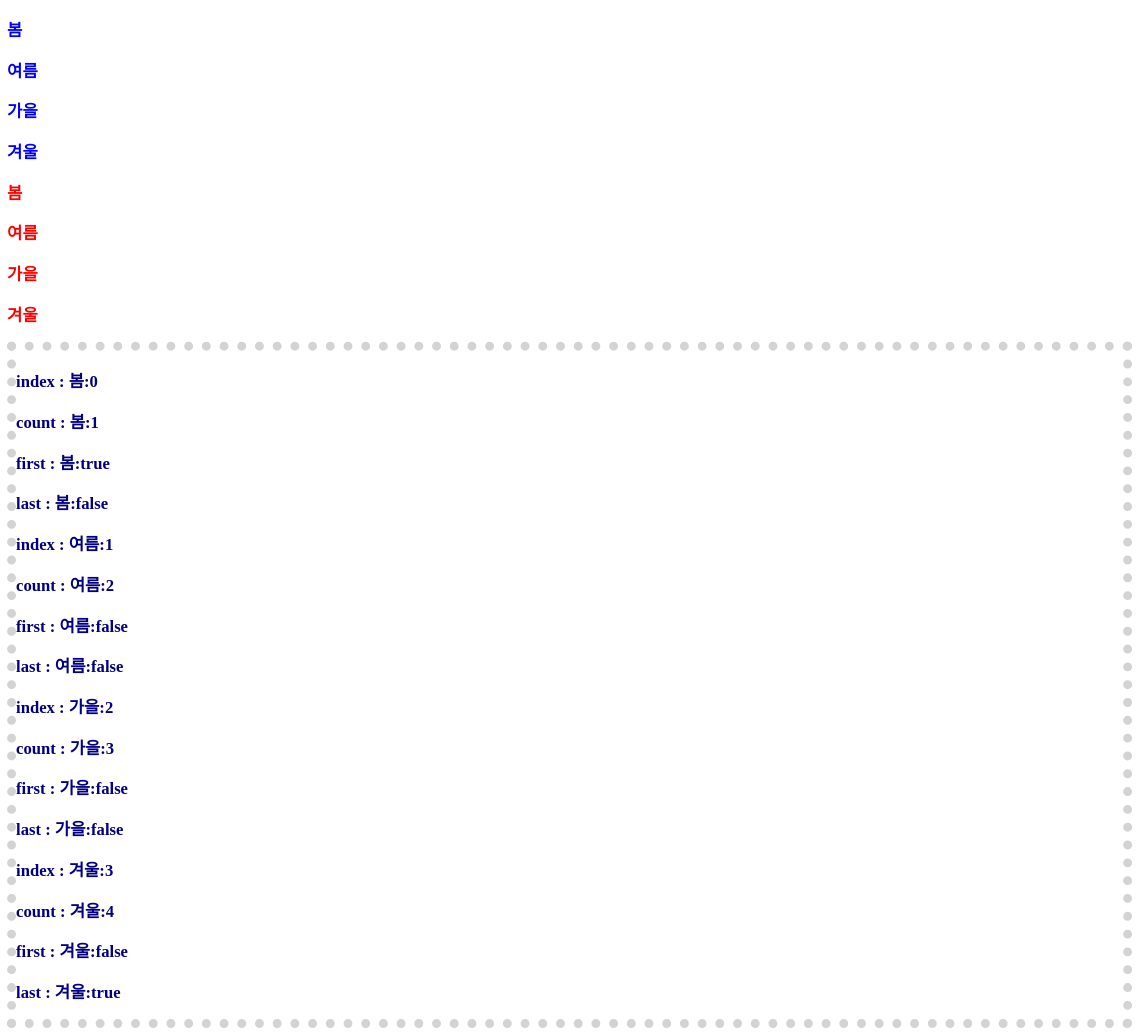
Repository: UnibusK/Java-Study
Page: http://localhost/JSP31/
An editor plug-in stored every save of this project. The page is shown before and after the next save, followed by the edit.
The browser window is 1280 px wide. The pictures show the whole page, at 89% of full size.
The page is served by Tomcat 9.

Above is the page before, as saved 2023-12-07 06:17:53.

### JSP/JSP31/src/main/webapp/index.jsp
<%@ page language="java" contentType="text/html; charset=UTF-8"
    pageEncoding="UTF-8"%>
<%@ taglib uri="http://java.sun.com/jsp/jstl/core" prefix="c" %>
<!DOCTYPE html>
<html>
	<head>
		<meta charset="UTF-8">
		<title>JSTL 반복문(for문)</title>
	</head>
	<body>
		<%
			String[] season={"봄", "여름", "가을", "겨울"};
			//일반 for문 방식
			for(int i=0; i<season.length; i++){
				out.print("<h3 style='color:blue';>"+season[i]+"</h3>");
			}

			//향상된 for문(improved for)
			for(String str:season){
				%><h3 style='color:red;'><%=str %></h3><%
			}
			pageContext.setAttribute("arr",season);
		%>
		<!-- varStatus : JSTL forEach가 가동되는 동안 var 변수의 상태를 저장해둔 객체 -->
		<!-- varStatue.index : 0번부터 length-1까지 존재하는 고유 번호 배열번호-->
		<!-- varStatue.count : 반복 횟수를 알려주는 필드, 1부터 시작 -->
		<!-- varStatue.first : 최초의 데이터 인지를 판별, 값은 boolean을 가지고 있음 -->
		<!-- varStatue.last : 최후의 데이터 인지를 판별, 값은 boolean을 갖고 있음 -->
		<c:forEach var="str" items="${arr }" varStatus="iter">
			<c:if test="${iter.first }">
				<div style="border:10px dotted lightgray;">
			</c:if>
			<!-- index -->
			<h3 style='color:navy;'>index : ${str }:${iter.index }</h3>
			<!-- count -->
			<h3 style='color:navy;'>count : ${str }:${iter.count }</h3>
			<!-- first -->
			<h3 style='color:navy;'>first : ${str }:${iter.first }</h3>
			<!-- last -->
			<h3 style='color:navy;'>last : ${str }:${iter.last }</h3>
			<c:if test="${iter.last }">
				</div>
			</c:if>
		</c:forEach>
	</body>
</html>

After the next save:
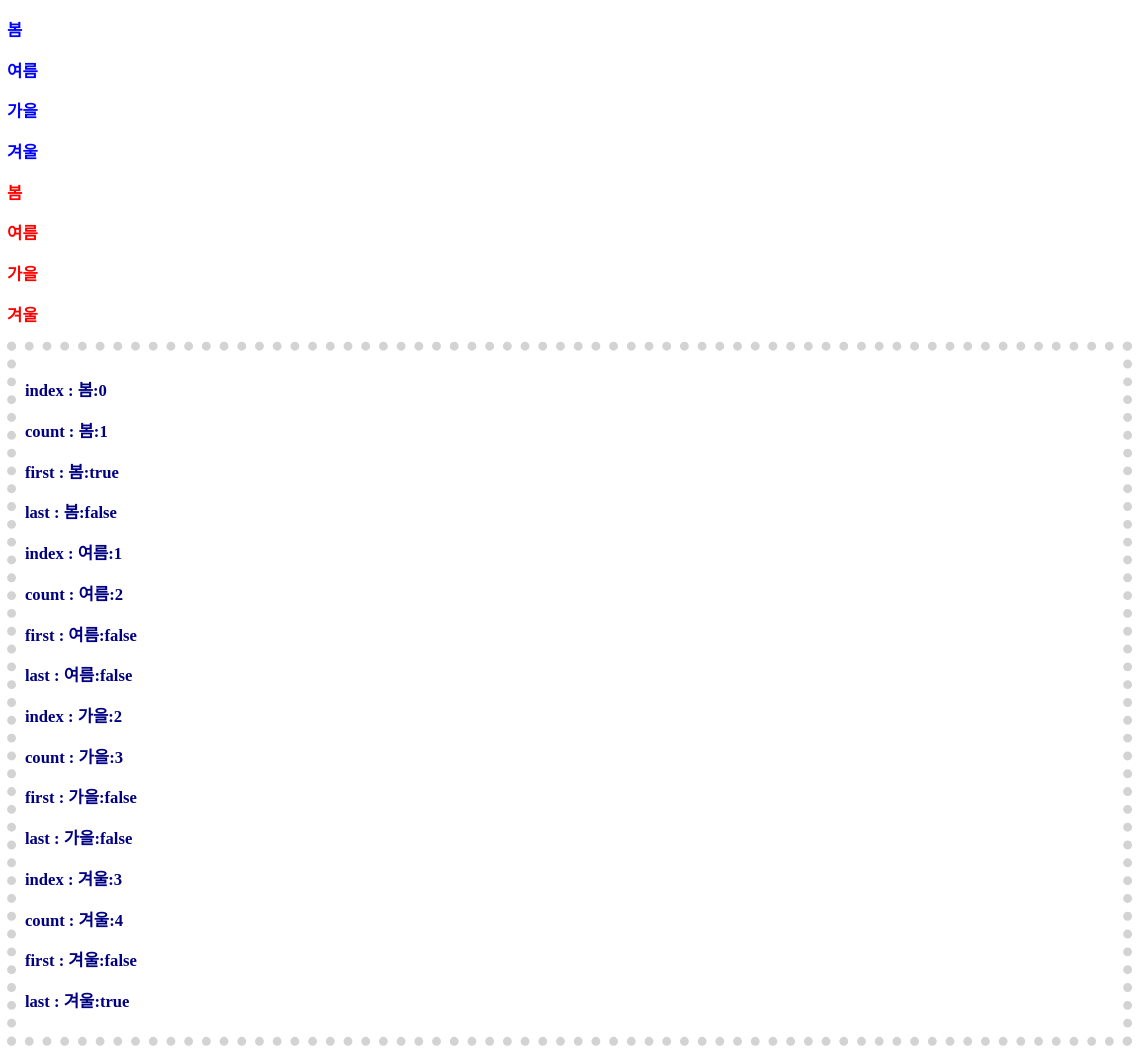
Saved 10 s later.
--- a/JSP/JSP31/src/main/webapp/index.jsp
+++ b/JSP/JSP31/src/main/webapp/index.jsp
@@ -28,7 +28,7 @@
 		<!-- varStatue.last : 최후의 데이터 인지를 판별, 값은 boolean을 갖고 있음 -->
 		<c:forEach var="str" items="${arr }" varStatus="iter">
 			<c:if test="${iter.first }">
-				<div style="border:10px dotted lightgray;">
+				<div style="border:10px dotted lightgray; padding:10px;">
 			</c:if>
 			<!-- index -->
 			<h3 style='color:navy;'>index : ${str }:${iter.index }</h3>
